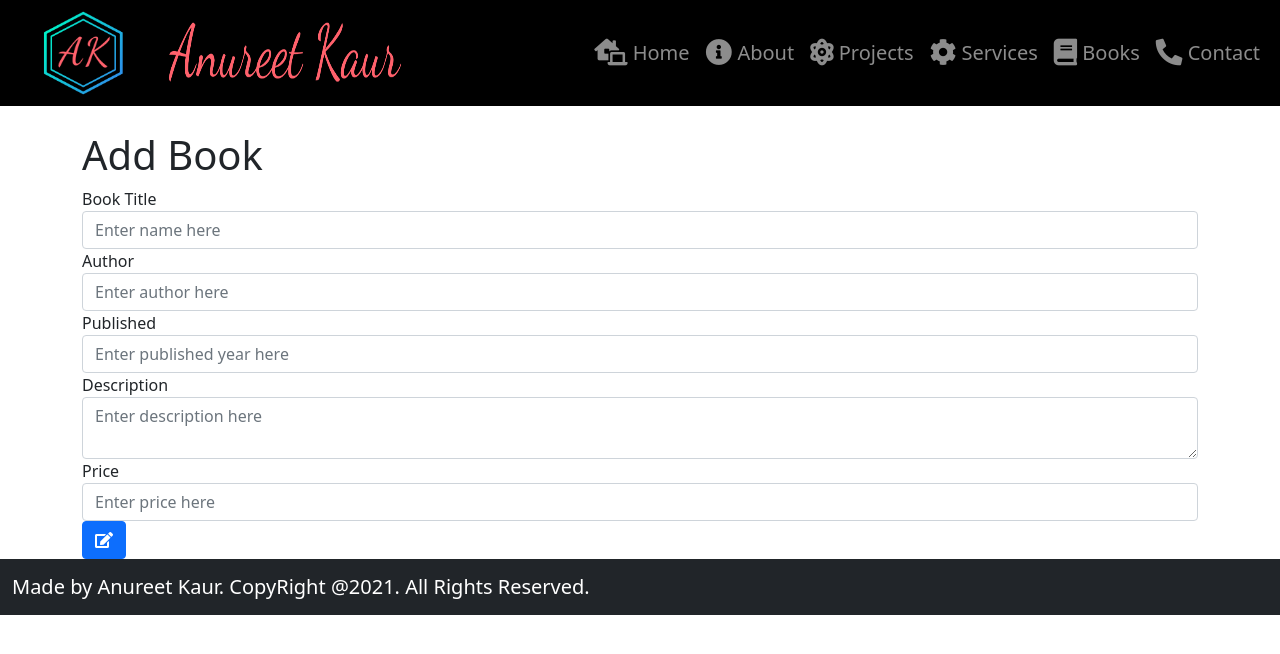
Repository: Anureet23/Portfolio_Authentication
Page: http://localhost/book-list/add
The author's editor kept a copy of each file at every save. The page is drawn from the files as they stood at one save, then again after the next save.
The browser window is 1280 px wide. The pictures show the whole page.
The page is served by the project's Node server (server.js).

Above is the page before, as saved 2021-06-16 19:50:52.

After the next save:
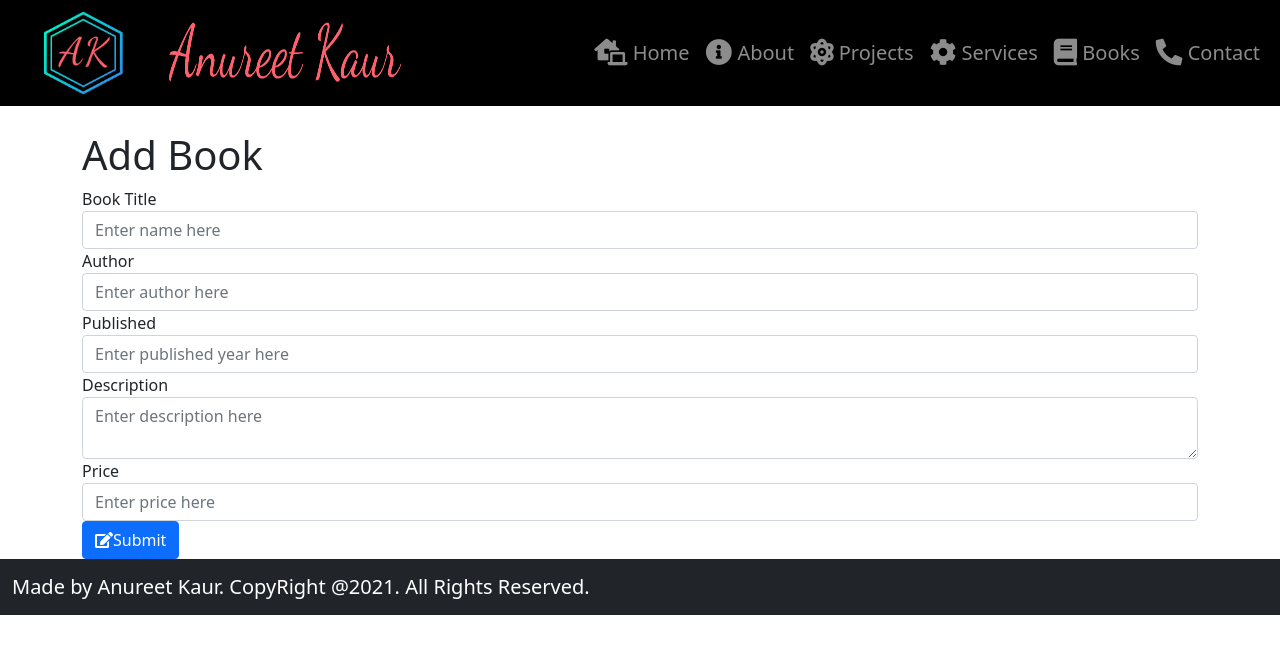
Saved 6 s later.
--- a/server/views/book/add.ejs
+++ b/server/views/book/add.ejs
@@ -38,7 +38,7 @@
         </div>
 
         <button class="btn btn-primary">
-            <i class="fas fa-edit"></i>
+            <i class="fas fa-edit"></i>Submit
         </button>
 
         </form>
